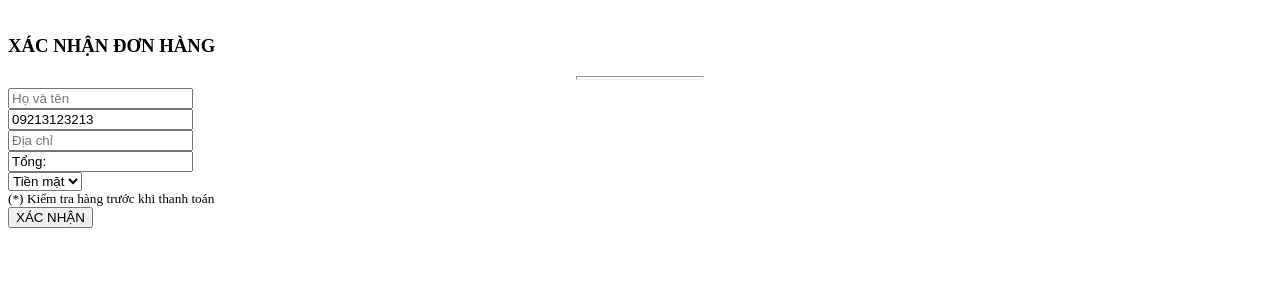
Repository: kienkiddo/BaiTapWebBanHang
Page: http://localhost/LapTrinhWebsite/home/view/confirm.jsp
An editor plug-in stored every save of this project. The page is shown before and after the next save, followed by the edit.
The browser window is 1280 px wide. The pictures show the whole page.
The page is served by Tomcat 9.

Above is the page before, as saved 2022-05-11 14:00:55.

After the next save:
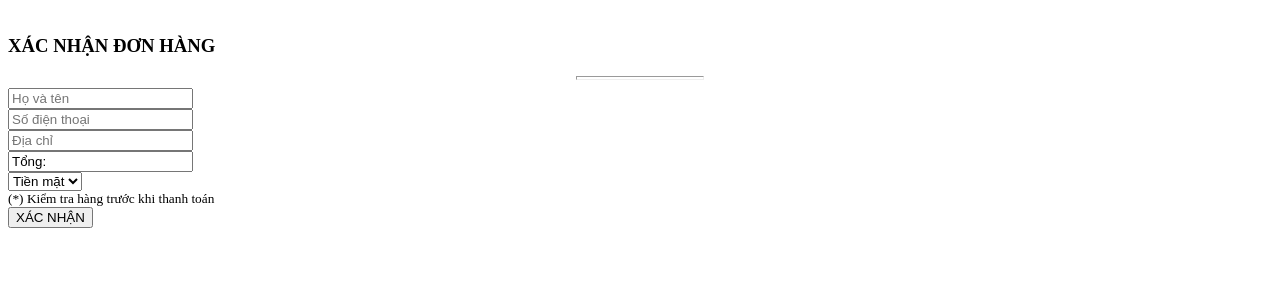
Saved 13 s later.
--- a/LapTrinhWebsite/src/main/webapp/home/view/confirm.jsp
+++ b/LapTrinhWebsite/src/main/webapp/home/view/confirm.jsp
@@ -25,7 +25,7 @@
                   </div>
                 </span>
                 <input class="form-control py-2 border-left-0 border"  id="phone" name="phone"
-                  placeholder="Số điện thoại" value="09213123213">
+                  placeholder="Số điện thoại" value="${user.phone}">
               </div>
               <div class="input-group form-group">
                 <span class="input-group-prepend">
